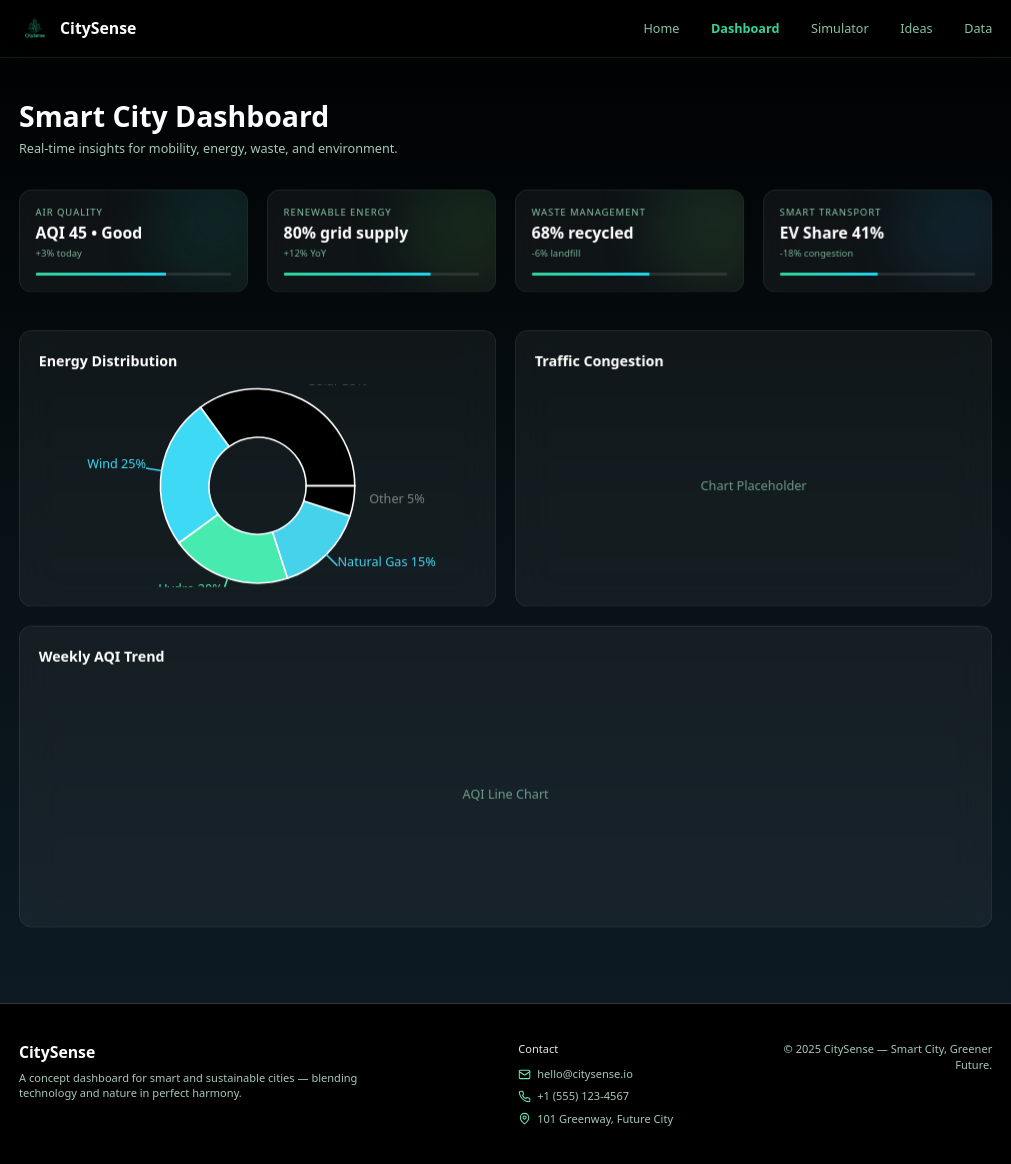
Repository: crashyet/CitySense
Page: /dashboard
These files come from the project's save history. The page is drawn as it stood at one moment and after the next save; the edit follows.
The browser window is 1280 px wide. The pictures show the whole page, at 79% of full size.
The project was rebuilt for these pictures with package versions that can differ from the ones it lists, and the page was loaded fresh each time. Also part of the build but not shown: vite.config.js, src/pages/landing/Hero.jsx, src/pages/landing/DashboardPreview.jsx, src/pages/landing/Infographic.jsx, src/pages/landing/Community.jsx, src/pages/landing/index.jsx, src/pages/Simulator/index.jsx, src/pages/Ideas/index.jsx and 1 more.

Above is the page before, as saved 2025-11-16 23:00:42.

### src/App.jsx
import { Routes, Route } from "react-router-dom";

import Landing from "./pages/landing";
import Dashboard from "./pages/Dashboardpack";
import Simulator from "./pages/Simulator";
import Ideas from "./pages/Ideas";
import DataPage from "./pages/Data";

export default function App() {
  return (
    <Routes>
      <Route path="/" element={<Landing />} />
      <Route path="/dashboard" element={<Dashboard />} />
      <Route path="/simulator" element={<Simulator />} />
      <Route path="/ideas" element={<Ideas />} />
      <Route path="/data" element={<DataPage />} />
    </Routes>
  );
}

### src/pages/Dashboardpack/index.jsx
import Navbar from "../../components/Navbar";
import Footer from "../../components/Footer";
import EnergyPieChart from "../../components/EnergyPieChart";

export default function Dashboardpack() {
  return (
    <>
      <Navbar />

      <div className="relative w-full bg-gradient-to-b from-black via-[#071014] to-[#0d1a24] text-white pb-24 pt-32">

        <div className="mx-auto max-w-7xl px-6">

          {/* Header */}
          <div className="mb-10">
            <h1 className="text-3xl md:text-4xl font-semibold">Smart City Dashboard</h1>
            <p className="text-emerald-100/80 mt-2">
              Real-time insights for mobility, energy, waste, and environment.
            </p>
          </div>

          {/* Top Stats */}
          <div className="grid grid-cols-1 md:grid-cols-2 lg:grid-cols-4 gap-6 mb-12">

            {/* Card */}
            <div className="group relative overflow-hidden rounded-2xl border border-white/10 bg-white/5 p-5 backdrop-blur-xl transition hover:border-emerald-300/40">
              <div className="absolute -right-10 -top-10 h-40 w-40 rounded-full bg-gradient-to-br
              from-cyan-500/30 to-emerald-500/30 opacity-40 blur-2xl" />

              <div className="relative">
                <p className="text-xs uppercase tracking-widest text-emerald-200/80">Air Quality</p>
                <p className="mt-1 text-xl font-semibold">AQI 45 • Good</p>
                <p className="text-xs text-emerald-200/70 mt-1">+3% today</p>
                <div className="mt-4 h-1 w-full bg-white/10 rounded-full overflow-hidden">
                  <div className="h-full w-2/3 bg-gradient-to-r from-emerald-400 to-cyan-400"></div>
                </div>
              </div>
            </div>

            {/* Card */}
            <div className="group relative overflow-hidden rounded-2xl border border-white/10 bg-white/5 p-5 backdrop-blur-xl transition hover:border-emerald-300/40">
              <div className="absolute -right-10 -top-10 h-40 w-40 rounded-full bg-gradient-to-br
              from-emerald-500/30 to-lime-400/30 opacity-40 blur-2xl" />

              <div className="relative">
                <p className="text-xs uppercase tracking-widest text-emerald-200/80">Renewable Energy</p>
                <p className="mt-1 text-xl font-semibold">80% grid supply</p>
                <p className="text-xs text-emerald-200/70 mt-1">+12% YoY</p>
                <div className="mt-4 h-1 w-full bg-white/10 rounded-full overflow-hidden">
                  <div className="h-full w-3/4 bg-gradient-to-r from-emerald-400 to-cyan-400"></div>
                </div>
              </div>
            </div>

            {/* Card */}
            <div className="group relative overflow-hidden rounded-2xl border border-white/10 bg-white/5 p-5 backdrop-blur-xl transition hover:border-emerald-300/40">
              <div className="absolute -right-10 -top-10 h-40 w-40 rounded-full bg-gradient-to-br
              from-teal-400/30 to-lime-400/30 opacity-40 blur-2xl" />

              <div className="relative">
                <p className="text-xs uppercase tracking-widest text-emerald-200/80">Waste Management</p>
                <p className="mt-1 text-xl font-semibold">68% recycled</p>
                <p className="text-xs text-emerald-200/70 mt-1">-6% landfill</p>
                <div className="mt-4 h-1 w-full bg-white/10 rounded-full overflow-hidden">
                  <div className="h-full w-3/5 bg-gradient-to-r from-emerald-400 to-cyan-400"></div>
                </div>
              </div>
            </div>

            {/* Card */}
            <div className="group relative overflow-hidden rounded-2xl border border-white/10 bg-white/5 p-5 backdrop-blur-xl transition hover:border-emerald-300/40">
              <div className="absolute -right-10 -top-10 h-40 w-40 rounded-full bg-gradient-to-br
              from-cyan-500/30 to-blue-500/30 opacity-40 blur-2xl" />

              <div className="relative">
                <p className="text-xs uppercase tracking-widest text-emerald-200/80">Smart Transport</p>
                <p className="mt-1 text-xl font-semibold">EV Share 41%</p>
                <p className="text-xs text-emerald-200/70 mt-1">-18% congestion</p>
                <div className="mt-4 h-1 w-full bg-white/10 rounded-full overflow-hidden">
                  <div className="h-full w-1/2 bg-gradient-to-r from-emerald-400 to-cyan-400"></div>
                </div>
              </div>
            </div>

          </div>

          {/* 2 Column Charts */}
          <div className="grid grid-cols-1 md:grid-cols-2 gap-6">

            <div className="rounded-2xl border border-white/10 bg-white/5 p-6 backdrop-blur-xl md:col-span-1">
          <h3 className="text-lg font-semibold mb-4">Energy Distribution</h3>

          <div className="h-64">
            <EnergyPieChart />
          </div>
        </div>

            <div className="rounded-2xl border border-white/10 bg-white/5 p-6 backdrop-blur-xl">
              <h3 className="text-lg font-semibold mb-4">Traffic Congestion</h3>
              <div className="h-64 flex items-center justify-center text-emerald-200/60">
                Chart Placeholder
              </div>
            </div>

            <div className="rounded-2xl border border-white/10 bg-white/5 p-6 backdrop-blur-xl md:col-span-2">
              <h3 className="text-lg font-semibold mb-4">Weekly AQI Trend</h3>
              <div className="h-72 flex items-center justify-center text-emerald-200/60">
                AQI Line Chart
              </div>
            </div>

          </div>
        </div>
      </div>

      <Footer />
    </>
  );
}

### src/components/Navbar.jsx
import { NavLink } from "react-router-dom";
import { useState } from "react";
import Logo from "../assets/logo.png"; // sesuaikan path logo

export default function Navbar() {
  const [open, setOpen] = useState(false);

  const linkClass = ({ isActive }) =>
    isActive
      ? "text-emerald-400 font-semibold"
      : "text-emerald-200/80 hover:text-white";

  return (
    <header className="fixed w-full z-50 bg-black/40 backdrop-blur-xl border-b border-emerald-400/20 px-6 py-4">
      <div className="max-w-7xl mx-auto flex justify-between items-center">

        {/* LOGO */}
        <NavLink to="/" className="flex items-center gap-3">
          <img src={Logo} className="w-10 h-10" />
          <span className="text-xl text-white font-semibold">CitySense</span>
        </NavLink>

        {/* DESKTOP NAV */}
        <nav className="hidden md:flex gap-10">
          <NavLink to="/" className={linkClass}>Home</NavLink>
          <NavLink to="/dashboard" className={linkClass}>Dashboard</NavLink>
          <NavLink to="/simulator" className={linkClass}>Simulator</NavLink>
          <NavLink to="/ideas" className={linkClass}>Ideas</NavLink>
          <NavLink to="/data" className={linkClass}>Data</NavLink>
        </nav>

        {/* MOBILE BUTTON */}
        <button className="md:hidden text-white" onClick={() => setOpen(!open)}>
          {open ? "✖" : "☰"}
        </button>
      </div>

      {/* MOBILE NAV */}
      {open && (
        <div className="md:hidden bg-black/60 backdrop-blur-lg px-6 pb-4 flex flex-col gap-3">
          <NavLink onClick={() => setOpen(false)} to="/" className="text-white">Home</NavLink>
          <NavLink onClick={() => setOpen(false)} to="/dashboard" className="text-white">Dashboard</NavLink>
          <NavLink onClick={() => setOpen(false)} to="/simulator" className="text-white">Simulator</NavLink>
          <NavLink onClick={() => setOpen(false)} to="/ideas" className="text-white">Ideas</NavLink>
          <NavLink onClick={() => setOpen(false)} to="/data" className="text-white">Data</NavLink>
        </div>
      )}
    </header>
  );
}

### src/components/Footer.jsx
import React from "react";

const Footer = () => {
  return (
    <footer id="contact" className="relative w-full bg-black text-white">
      <div className="mx-auto max-w-7xl px-6 py-12">

        <div className="grid grid-cols-1 gap-8 md:grid-cols-4">

          {/* Brand */}
          <div className="col-span-2">
            <h4 className="text-xl font-semibold">CitySense</h4>
            <p className="mt-2 max-w-md text-sm text-emerald-100/80">
              A concept dashboard for smart and sustainable cities — blending
              technology and nature in perfect harmony.
            </p>
          </div>

          {/* Contact */}
          <div>
            <p className="text-sm font-medium text-white/90">Contact</p>
            <ul className="mt-3 space-y-2 text-sm text-emerald-100/80">

              <li className="flex items-center gap-2">
                <svg xmlns="http://www.w3.org/2000/svg" width="24" height="24"
                  viewBox="0 0 24 24" fill="none" stroke="currentColor"
                  strokeWidth="2" strokeLinecap="round" strokeLinejoin="round"
                  className="lucide lucide-mail h-4 w-4 text-emerald-300">
                  <rect width="20" height="16" x="2" y="4" rx="2"></rect>
                  <path d="m22 7-8.97 5.7a1.94 1.94 0 0 1-2.06
                    0L2 7"></path>
                </svg>
                hello@citysense.io
              </li>

              <li className="flex items-center gap-2">
                <svg xmlns="http://www.w3.org/2000/svg" width="24" height="24"
                  viewBox="0 0 24 24" fill="none" stroke="currentColor"
                  strokeWidth="2" strokeLinecap="round" strokeLinejoin="round"
                  className="lucide lucide-phone h-4 w-4 text-emerald-300">
                  <path d="M22 16.92v3a2 2 0 0 1-2.18
                    2 19.79 19.79 0 0 1-8.63-3.07 19.5
                    19.5 0 0 1-6-6 19.79 19.79 0 0
                    1-3.07-8.67A2 2 0 0 1 4.11 2h3a2
                    2 0 0 1 2 1.72 12.84 12.84 0 0
                    0 .7 2.81 2 2 0 0 1-.45
                    2.11L8.09 9.91a16 16 0 0 0 6
                    6l1.27-1.27a2 2 0 0 1 2.11-.45
                    12.84 12.84 0 0 0 2.81.7A2
                    2 0 0 1 22 16.92z"></path>
                </svg>
                +1 (555) 123-4567
              </li>

              <li className="flex items-center gap-2">
                <svg xmlns="http://www.w3.org/2000/svg" width="24" height="24"
                  viewBox="0 0 24 24" fill="none" stroke="currentColor"
                  strokeWidth="2" strokeLinecap="round" strokeLinejoin="round"
                  className="lucide lucide-map-pin h-4 w-4 text-emerald-300">
                  <path d="M20 10c0 6-8 12-8
                    12s-8-6-8-12a8 8 0 0 1
                    16 0Z"></path>
                  <circle cx="12" cy="10" r="3"></circle>
                </svg>
                101 Greenway, Future City
              </li>

            </ul>
          </div>

          {/* Copyright */}
          <div className="md:text-right">
            <p className="text-sm text-emerald-100/80">
              © 2025 CitySense — Smart City, Greener Future.
            </p>
          </div>

        </div>
      </div>
    </footer>
  );
};

export default Footer;

### src/components/EnergyPieChart.jsx
import { PieChart, Pie, Cell, Tooltip, ResponsiveContainer } from "recharts";
import { color } from "three/tsl";

const data = [
  { name: "Solar", value: 35, colo: "blue" },
  { name: "Wind", value: 25, color: "hsl(189 90% 60%)" },
  { name: "Hydro", value: 20, color: "hsl(158 80% 60%)" },
  { name: "Natural Gas", value: 15, color: "hsl(189 80% 60%)" },
  { name: "Other", value: 5,},
];

export default function EnergyPieChart() {
  return (
    <div className="w-full h-full">
      <ResponsiveContainer width="100%" height="100%">
        <PieChart>
          <Pie
            data={data}
            dataKey="value"
            nameKey="name"
            cx="50%"
            cy="50%"
            innerRadius="50%"
            outerRadius="100%"
            stroke="#fff"
            strokeWidth={2}
            label={({ name, value }) => `${name} ${value}%`}
            labelLine={true}
          >
            {data.map((entry, index) => (
              <Cell key={index} fill={entry.color} />
            ))}
          </Pie>

          <Tooltip
            contentStyle={{
              background: "rgba(255,255,255,0.1)",
              border: "1px solid rgba(255,255,255,0.2)",
              backdropFilter: "blur(10px)",
              color: "#fff",
            }}
          />
        </PieChart>
      </ResponsiveContainer>
    </div>
  );
}

Loaded but not shown: index.html (common file); src/main.jsx (common file); src/index.css (common file); tailwind.config.js (common file)

After the next save:
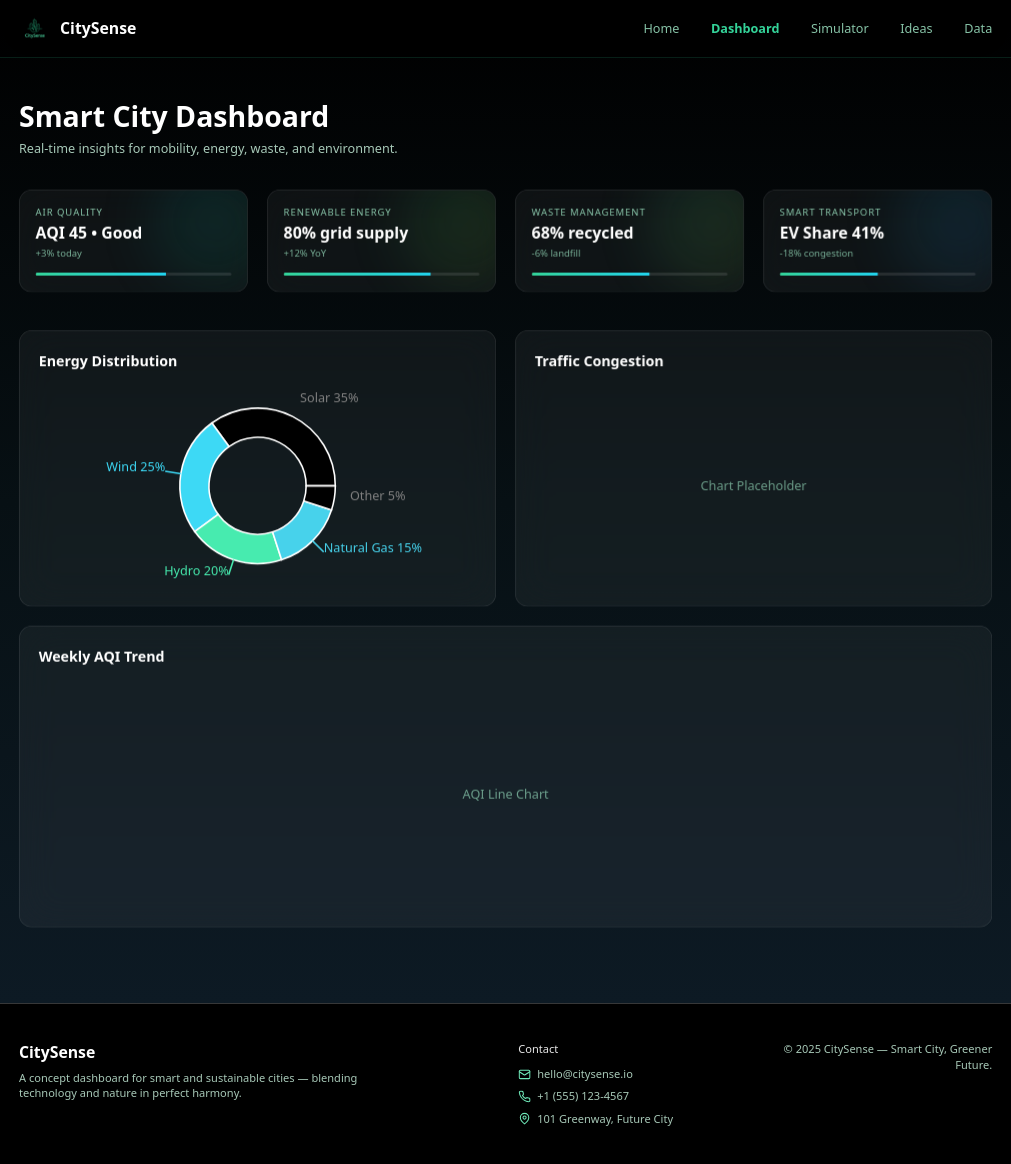
Saved 4 s later.
--- a/src/components/EnergyPieChart.jsx
+++ b/src/components/EnergyPieChart.jsx
@@ -21,7 +21,7 @@
             cx="50%"
             cy="50%"
             innerRadius="50%"
-            outerRadius="100%"
+            outerRadius="%"
             stroke="#fff"
             strokeWidth={2}
             label={({ name, value }) => `${name} ${value}%`}

After the save that followed:
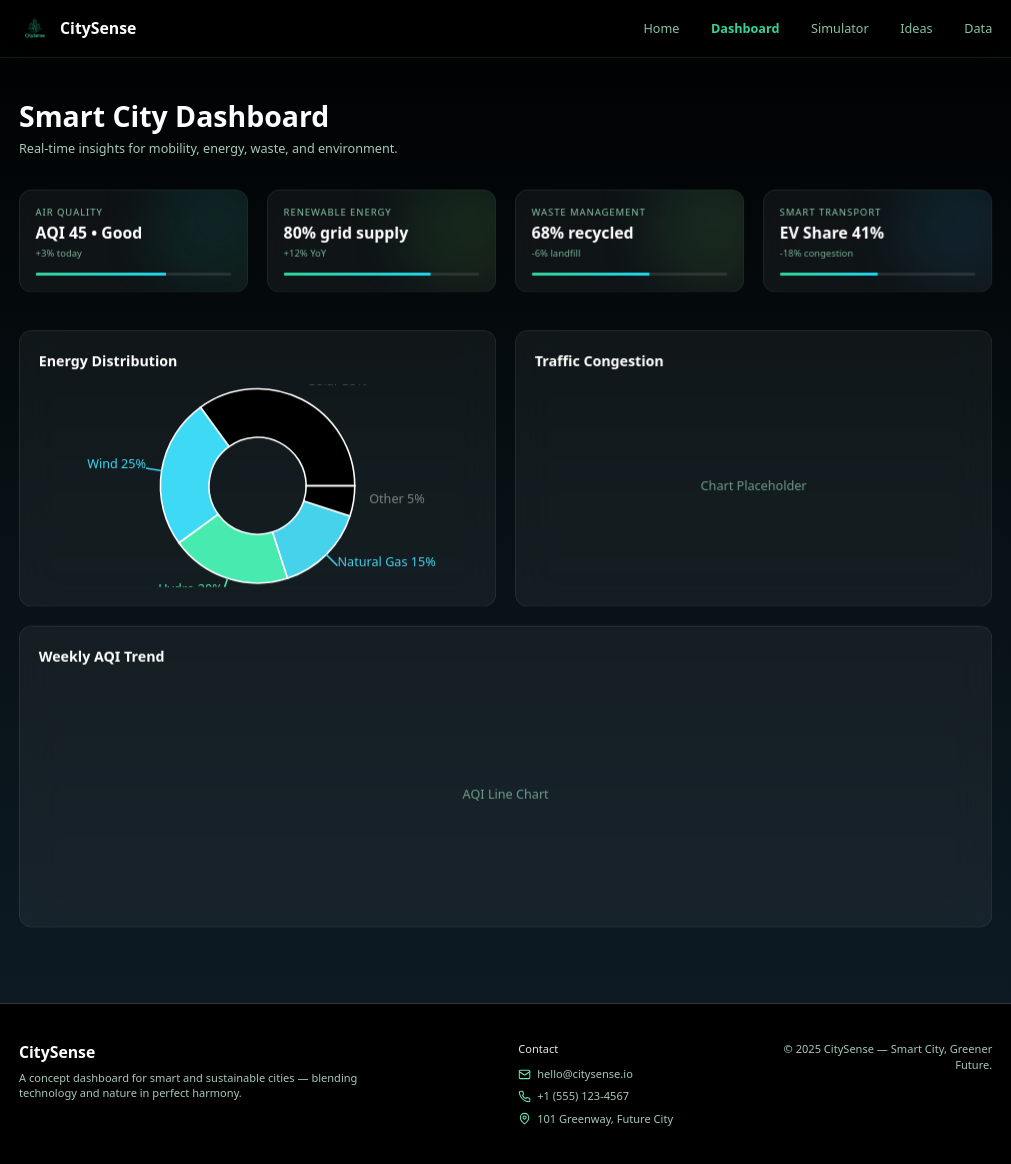
Saved 5 s later.
--- a/src/components/EnergyPieChart.jsx
+++ b/src/components/EnergyPieChart.jsx
@@ -21,7 +21,7 @@
             cx="50%"
             cy="50%"
             innerRadius="50%"
-            outerRadius="%"
+            outerRadius="100%"
             stroke="#fff"
             strokeWidth={2}
             label={({ name, value }) => `${name} ${value}%`}
